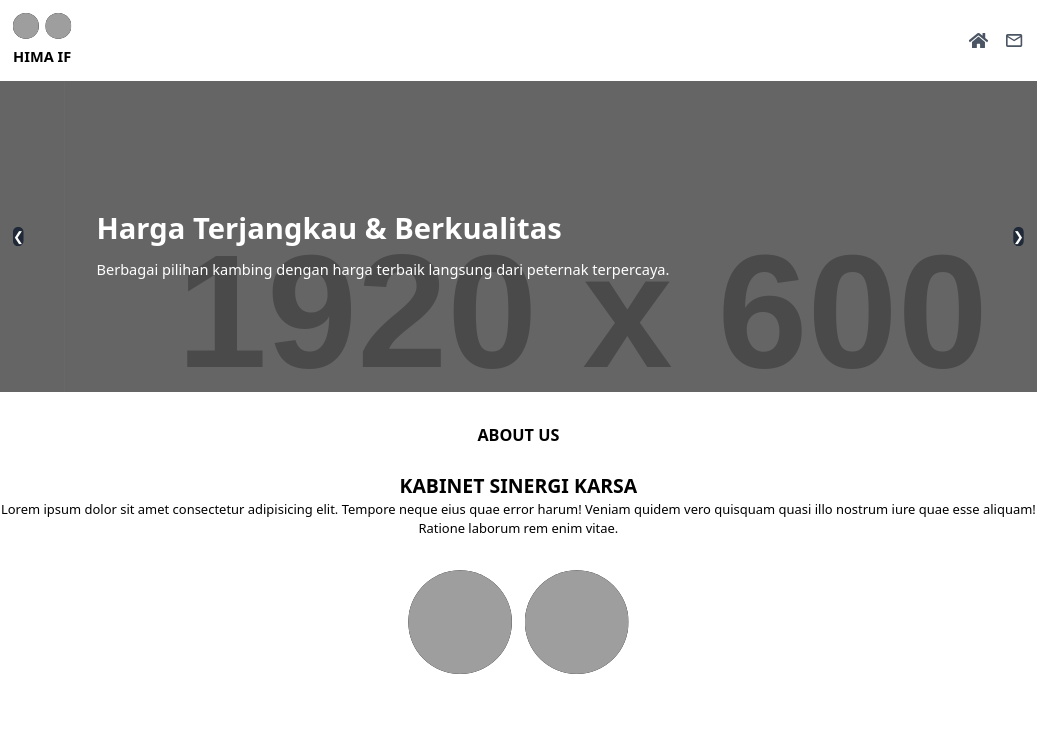
Repository: MUHAMADTEGARWIJAYA/himaif
Page: /
The author's editor kept a copy of each file at every save. The page is drawn from the files as they stood at one save, then again after the next save.
The browser window is 1280 px wide. The pictures show the whole page, at 81% of full size.
Pictures or frames that could not be fetched are drawn as grey boxes. The project was rebuilt for these pictures with package versions that can differ from the ones it lists, and the page was loaded fresh each time. Also part of the build but not shown: vite.config.js.

Above is the page before, as saved 2024-12-21 15:27:26.

### src/main.jsx
import React from 'react'
import ReactDOM from "react-dom/client"
import './index.css'
import App from './App.jsx'
import { BrowserRouter } from 'react-router-dom'

ReactDOM.createRoot(document.getElementById('root')).render(
  <React.StrictMode>
    <BrowserRouter>
    <App />
    </BrowserRouter>
  </React.StrictMode>
);

### src/App.jsx
import { Routes, Route } from "react-router-dom";
import Slider from "./pages/Content";
import LandingPage from "./layout/LandingPageLay";
import Card from "./pages/Members";

export default function App() {
  return (
    <Routes>
      <Route element={<LandingPage />}>
         <Route path="/" element={<Slider   />}/>
         <Route path="/" element={<Card   />}/>
      </Route>
    </Routes>
  );
}

### src/pages/Content.jsx
import { useState, useEffect } from "react";

const Slider = () => {
  const slides = [
    {
      id: 1,
      image: "https://via.placeholder.com/1920x600", // Ganti dengan URL gambar
      title: "Mudah & Transparan! Kambing Langsung dari Peternak",
      description:
        "Akses langsung ke peternak, harga transparan, dan kualitas terjamin. Pilih kambing untuk kebutuhan Anda hanya di sini!, jdsudvudvbduvbdvbdiobvbvsudvds",
    },
    {
      id: 2,
      image: "https://via.placeholder.com/1920x600", // Ganti dengan URL gambar
      title: "Harga Terjangkau & Berkualitas",
      description:
        "Berbagai pilihan kambing dengan harga terbaik langsung dari peternak terpercaya.",
    },
    {
      id: 3,
      image: "https://via.placeholder.com/1920x600", // Ganti dengan URL gambar
      title: "Pesan Sekarang, Nikmati Kemudahan",
      description:
        "Proses cepat, aman, dan terintegrasi untuk kebutuhan kambing Anda.",
    },
  ];

  const [currentIndex, setCurrentIndex] = useState(0);

  useEffect(() => {
    const interval = setInterval(() => {
      setCurrentIndex((prevIndex) =>
        prevIndex === slides.length - 1 ? 0 : prevIndex + 1
      );
    }, 5000); // Ganti dengan waktu delay (ms)
    return () => clearInterval(interval);
  }, [slides.length]);

  const prevSlide = () => {
    setCurrentIndex(currentIndex === 0 ? slides.length - 1 : currentIndex - 1);
  };

  const nextSlide = () => {
    setCurrentIndex((currentIndex + 1) % slides.length);
  };

  return (
    <div className="relative w-full h-96 overflow-hidden">
      <div
        className="flex transition-transform duration-1000"
        style={{ transform: `translateX(-${currentIndex * 100}%)` }}
      >
        {slides.map((slide) => (
          <div
            key={slide.id}
            className="w-full h-[600px] flex-shrink-0 relative"
            style={{
              backgroundImage: `url(${slide.image})`,
              backgroundSize: "cover",
              backgroundPosition: "center",
            }}
          >
            <div className="absolute inset-0 bg-black bg-opacity-50 flex flex-col justify-center mb-48 items-start p-10 text-white">
              <h1 className="text-4xl font-bold mb-4">{slide.title}</h1>
              <p className="text-lg">{slide.description}</p>
            </div>
          </div>
        ))}
      </div>
      <button
        onClick={prevSlide}
        className="absolute top-1/2 left-4 -translate-y-1/2 bg-gray-800 text-white rounded-full"
      >
        &#10094;
      </button>
      <button
        onClick={nextSlide}
        className="absolute top-1/2 right-4 -translate-y-1/2 bg-gray-800 text-white rounded-full"
      >
        &#10095;
      </button>
    </div>
  );
};

export default Slider;

### src/layout/LandingPageLay.jsx
import Navbar from '../pages/Navbar';

import App from "../pages/Members";
import Slider from "../pages/Content";

const LandigPage = () => {
    return (
        <div className='bg-white'>
            <Navbar />
             <Slider />
             <App />
         </div>
    );
};

export default LandigPage;

### src/pages/Members.jsx
const About = () => {
    return (
      <div className="flex flex-col h-96 items-center mt-10">
        <h3 className="text-center font-semibold text-xl">ABOUT US</h3>

          <h1 className="text-center font-bold text-2xl  mt-8">
            KABINET SINERGI KARSA
          </h1>
          <p className="text-center">Lorem ipsum dolor sit amet consectetur adipisicing elit. Tempore neque eius quae error harum! Veniam quidem vero quisquam quasi illo nostrum iure quae esse aliquam! Ratione laborum rem enim vitae.</p>
         <div className="flex gap-4 mt-10">
                <img
                  src="image.jpg" // Gunakan default jika avatar kosong
                  alt="User Avatar"
                  className="w-32 h-32 bg-black rounded-full"
                />
                  <img
                  src="image.jpg" // Gunakan default jika avatar kosong
                  alt="User Avatar"
                  className="w-32 h-32 bg-black rounded-full"
                />
         </div>
      </div>

    );
  };

  export default About;

### src/pages/Navbar.jsx
import  { useState, useEffect } from "react";
import { FaHome } from "react-icons/fa";
import { MdOutlineEmail } from "react-icons/md";

const Navbar = () => {
  const [isVisible, setIsVisible] = useState(true);

  useEffect(() => {
    const handleScroll = () => {
      // Check scroll position
      if (window.scrollY > 50) {
        setIsVisible(false); // Hide when scrolled down
      } else {
        setIsVisible(true); // Show when at top
      }
    };

    window.addEventListener("scroll", handleScroll);

    // Cleanup event listener on unmount
    return () => {
      window.removeEventListener("scroll", handleScroll);
    };
  }, []);

  return (
    <div className="relative">
      <div
        className={`flex items-center p-4 bg-transparent justify-between space-x-5 text-white transition-transform duration-300 ${
          isVisible ? "translate-y-0" : "-translate-y-full"
        }`}
      >
        {/* Bagian Kiri */}
        <div className="flex flex-col items-center space-y-2">
  <div className="flex space-x-2">
    <img
      src="image.jpg" // Gunakan default jika avatar kosong
      alt="User Avatar"
      className="w-8 h-8 bg-black rounded-full"
    />
    <img
      src="image.jpg" // Gunakan default jika avatar kosong
      alt="User Avatar"
      className="w-8 h-8 bg-black rounded-full"
    />
  </div>
  <span className="text-lg font-bold text-black">HIMA IF</span>
</div>


        {/* Bagian Kanan */}
        <div className="flex items-center relative space-x-5">
          <button className="text-gray-600 hover:text-gray-800">
            <FaHome className="w-6 h-6" />
          </button>
          <button className="text-gray-600 hover:text-gray-800">
            <MdOutlineEmail className="w-6 h-6" />
          </button>
          {/* Avatar */}

        </div>
      </div>
    </div>
  );
};

export default Navbar;

### src/pages/Devisi.jsx
const OurSolution = () => {
    return (
      <div className="mt-10">
        {/* Title */}
        <h1 className="text-center font-bold text-lg">ABOUT US</h1>

        {/* Section Wrapper */}
        <div className="w-full bg-black flex justify-center items-center mt-10">
          <h1 className="text-center font-bold bg-red-300 text-lg mt-10 py-2 px-4 w-20">
            KABINET SINERGI KARSA
          </h1>
        </div>

        {/* Solution Category */}
        <div className="flex flex-wrap justify-center items-center">
          {/* Card Wrapper */}
          <div className="flex flex-col justify-center m-2">
            {/* Solution Card */}
            <div className="flex-none bg-white shadow-lg rounded-lg m-2 p-4 relative overflow-hidden transition-all duration-700 hover:bg-blue-500 hover:text-white hover:scale-110">
              {/* Before Pseudo Element */}
              <div className="absolute w-[170px] h-[400px] top-[-23px] right-[-56px] bg-blue-500/5 rounded-[35px] transform rotate-[42deg] z-[-1]" />

              {/* Top Icon */}
              <div className="w-16 h-16 bg-white rounded-full flex justify-center items-center overflow-hidden">
                <img src="image.jpg" alt="Icon" className="w-10 h-12 object-contain" />
              </div>

              {/* Title */}
              <div className="text-gray-800 text-2xl mt-3 mb-3">
                <h3>Solution Title</h3>
              </div>

              {/* Description */}
              <div className="text-gray-600 text-sm mb-3">
                <p>Solution description goes here.</p>
              </div>

              {/* Button */}
              <button className="bg-gradient-to-r from-teal-400 to-teal-300 text-white font-semibold text-lg py-2 px-4 rounded-md">
                Learn More
              </button>

              {/* Hover Color Bubble */}
              <div className="absolute bg-blue-500/15 w-[100rem] h-[100rem] left-[-18rem] top-[16rem] rounded-full transform rotate-[-36deg] transition-all duration-700 z-[-1]" />
            </div>
          </div>
        </div>
      </div>
    );
  };

  export default OurSolution;

Loaded but not shown: index.html (common file); src/index.css (common file); tailwind.config.js (common file)

After the next save:
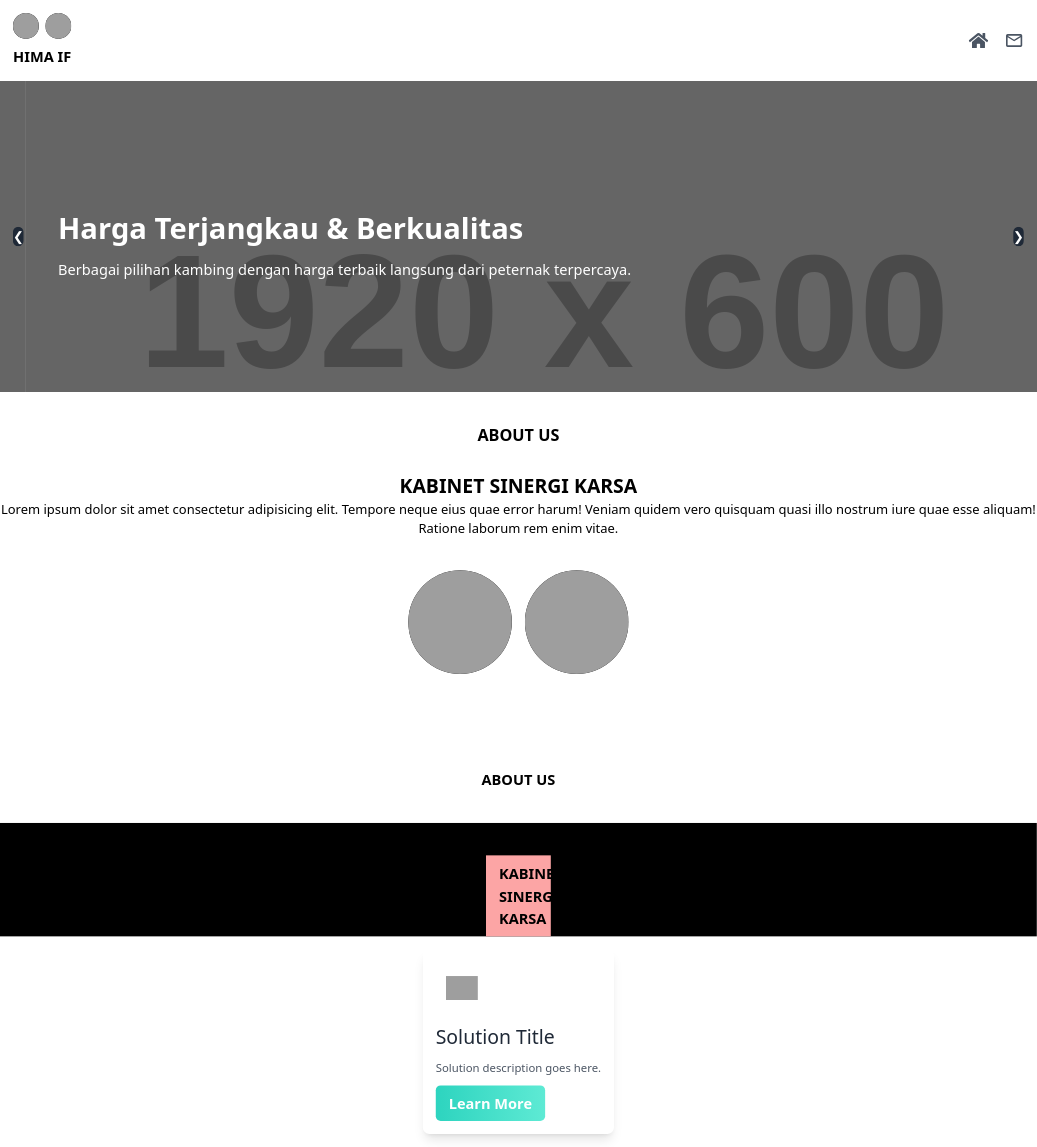
Saved 45 s later.
--- a/src/layout/LandingPageLay.jsx
+++ b/src/layout/LandingPageLay.jsx
@@ -1,5 +1,5 @@
 import Navbar from '../pages/Navbar';
-
+import OurSolution from '../pages/Devisi';
 import App from "../pages/Members";
 import Slider from "../pages/Content";
 
@@ -9,6 +9,7 @@ const LandigPage = () => {
             <Navbar />
              <Slider />
              <App />
+             <OurSolution />
          </div>
     );
 };
